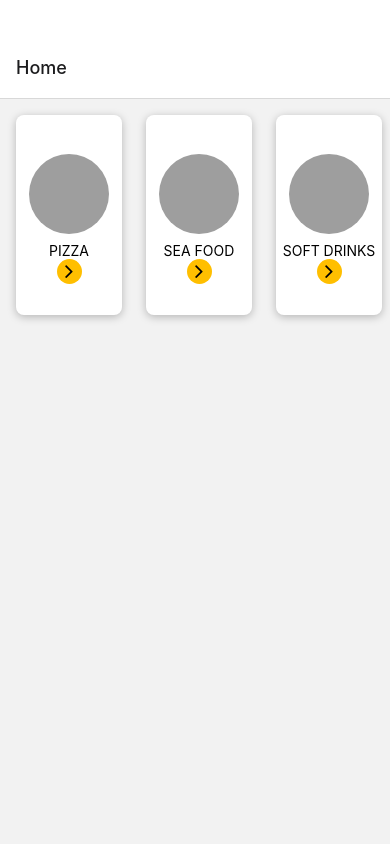
Repository: Esraa22M/ReactNative
Screen: /
An editor plug-in stored every save of this project. The screen is shown before and after the next save, followed by the edit.
Pictures or frames that could not be fetched are drawn as grey boxes. The app was drawn by React Native's web renderer in a window 390 px wide. The project was rebuilt for these pictures with package versions that can differ from the ones it lists, and the page was loaded fresh each time. Also part of the build but not shown: src/components/header/header.component.js, src/colors/front-screen-colors/user-auth-colors.js, src/components/header/header.styles.js, src/components/textInput/textInput.styles.js, src/components/textInput/textInput.components.jsx, src/components/singup-form-body/singup-form-body.components.js, src/screens/front-screen/Singup/singup-screen.screens.jsx, src/authentication/api/login-info.js and 2 more.

Above is the screen before, as saved 2023-09-21 02:20:37.

### App.js
import { SafeAreaView } from "react-native";
import { singupStyles } from "./src/screens/front-screen/Singup/singup-screen.styles";
import { Singup } from "./src/screens/front-screen/Singup/singup-screen.screens";
import UserCard from "./src/screens/front-screen/user-card/user-card.screens";
import { NavigationContainer } from "@react-navigation/native";
import { createStackNavigator } from "@react-navigation/stack";
import { Home } from "./src/screens/front-screen/home/home.screens";
const Stack = createStackNavigator();
export default function App() {
  return (
    <SafeAreaView style={singupStyles.container}>
      {/* <UserCard /> */}
      <NavigationContainer>
        <Stack.Navigator>
          <Stack.Screen name="Home" component={Home} />
        </Stack.Navigator>
      </NavigationContainer>
    </SafeAreaView>
  );
}

### src/screens/front-screen/Singup/singup-screen.styles.jsx
import { StyleSheet } from "react-native";
export const singupStyles = StyleSheet.create({
  container: { flex: 1, marginTop: 35 },
});

### src/screens/front-screen/home/home.screens.js
import { View, Text } from "react-native";
import { Categories } from "../../../components/categories/categories.components";
export const Home = () => {
  return (
    <>
      <Categories />
    </>
  );
};

### src/components/categories/categories.components.js
import { categories } from "../../data/dummay__data";
import { FlatList } from "react-native";
import { CategoryItem } from "./category-item.components";
export const Categories = () => {
  function renderCategoryItem(itemData) {
    return <CategoryItem item={itemData.item} />;
  }
  return (
    <FlatList
      numColumns={3}
      data={categories}
      renderItem={renderCategoryItem}
      keyExtractor={(item) => item.id}
    />
  );
};

### src/data/dummay__data.js
import { Category } from "../modal/category.modals";
export const categories = [
  new Category(
    "1pizza",
    "Pizza",
    "https://img.freepik.com/free-vector/flying-slice-pizza-cartoon-vector-illustration-fast-food-concept-isolated-vector-flat-cartoon-style_138676-1934.jpg?w=740&t=st=1695067102~exp=1695067702~hmac=7d47136b0dff2be87480dc1a22a28658daa67f706d90b59d117303a312dc6c16"
  ),
  new Category(
    "sea_food2",
    "sea food",
    "https://img.freepik.com/free-vector/seafood-products-set_98292-1624.jpg?w=740&t=st=1695067277~exp=1695067877~hmac=62082bdd900b5c830349f2bb8f3cd3466fcfb5395c4f24459194aeaeb256cb2c"
  ),
  new Category(
    "3softDrinks",
    "soft drinks",
    "https://img.freepik.com/free-vector/soda-cups-drink_24877-57922.jpg?w=740&t=st=1695067422~exp=1695068022~hmac=60b80d144880f8a8413a85c867ecfc35a38170c71354acfc84aa5b82ae30d594"
  ),
];

### src/components/categories/category-item.components.js
import { View, Text, Image, StyleSheet, Pressable } from "react-native";
import { HomeColors } from "../../colors/front-screen-colors/home-colors";
import { IconButton } from "../icon-button/icon-button.components";
export const CategoryItem = ({ item }) => {
  const { name, image } = item;
  console.log(item);
  return (
    <View style={styles.container}>
      <Pressable>
        <Image source={{ uri: image }} style={styles.image} />
        <Text style={styles.categoryName}>{name}</Text>
        <View style={styles.iconContainer}>
          <IconButton name="angle-right" size={23} style={styles.angleRight} />
        </View>
      </Pressable>
    </View>
  );
};
const styles = StyleSheet.create({
  container: {
    flex: 1,
    height: 200,
    justifyContent: "space-around",
    flexDirection: "column",
    backgroundColor: HomeColors.LIGHT_COLOR,
    alignItems: "center",
    shadowColor: "black",
    shadowOpacity: 0.25,
    shadowOffset: { width: 0, height: 2 },
    shadowRadius: 8,
    marginVertical: 16,
    marginLeft: 16,
    marginRight: 8,
    elevation: 4,
    alignItems: "center",
    borderRadius: 8,
  },
  image: {
    width: 80,
    height: 80,
    borderRadius: 80 / 2,
    margin: 8,
  },
  categoryName: {
    textAlign: "center",
    textTransform: "uppercase",
  },
  angleRight: {
    backgroundColor: HomeColors.ACTIVE_COLOR,
    alignItems: "center",
    width: 25,
    height: 25,
    borderRadius: 25 / 2,
  },
  iconContainer: {
    justifyContent: "center",
    alignItems: "center",
  },
});

### src/modal/category.modals.js
export class Category {
  constructor(id, name, image) {
    this.id = id;
    this.name = name;
    this.image = image;
  }
}

### src/colors/front-screen-colors/home-colors.js
export const HomeColors = { LIGHT_COLOR: "white", ACTIVE_COLOR: "#FFBF00" };

### src/components/icon-button/icon-button.components.js
import { Pressable, StyleSheet } from "react-native";
import { FontAwesome } from "@expo/vector-icons";
export const IconButton = ({ name, color, size, ...props }) => {
  return (
    <Pressable {...props}>
      <FontAwesome name={name} size={size} color={color}></FontAwesome>
    </Pressable>
  );
};

After the next save:
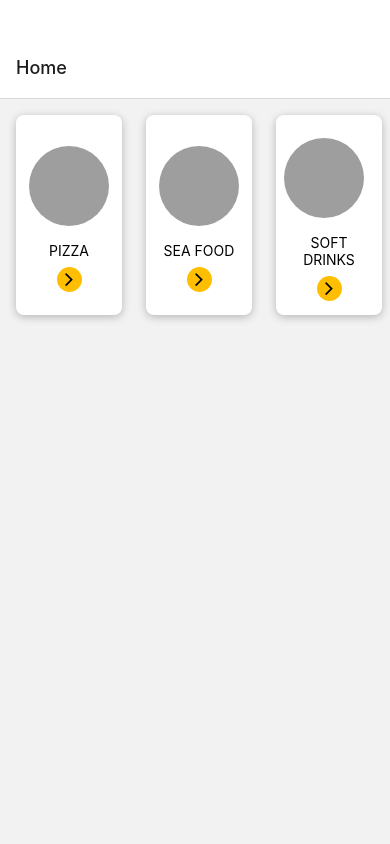
Saved 59 s later.
--- a/src/components/categories/category-item.components.js
+++ b/src/components/categories/category-item.components.js
@@ -44,6 +44,7 @@ const styles = StyleSheet.create({
   categoryName: {
     textAlign: "center",
     textTransform: "uppercase",
+    margin: 8,
   },
   angleRight: {
     backgroundColor: HomeColors.ACTIVE_COLOR,
